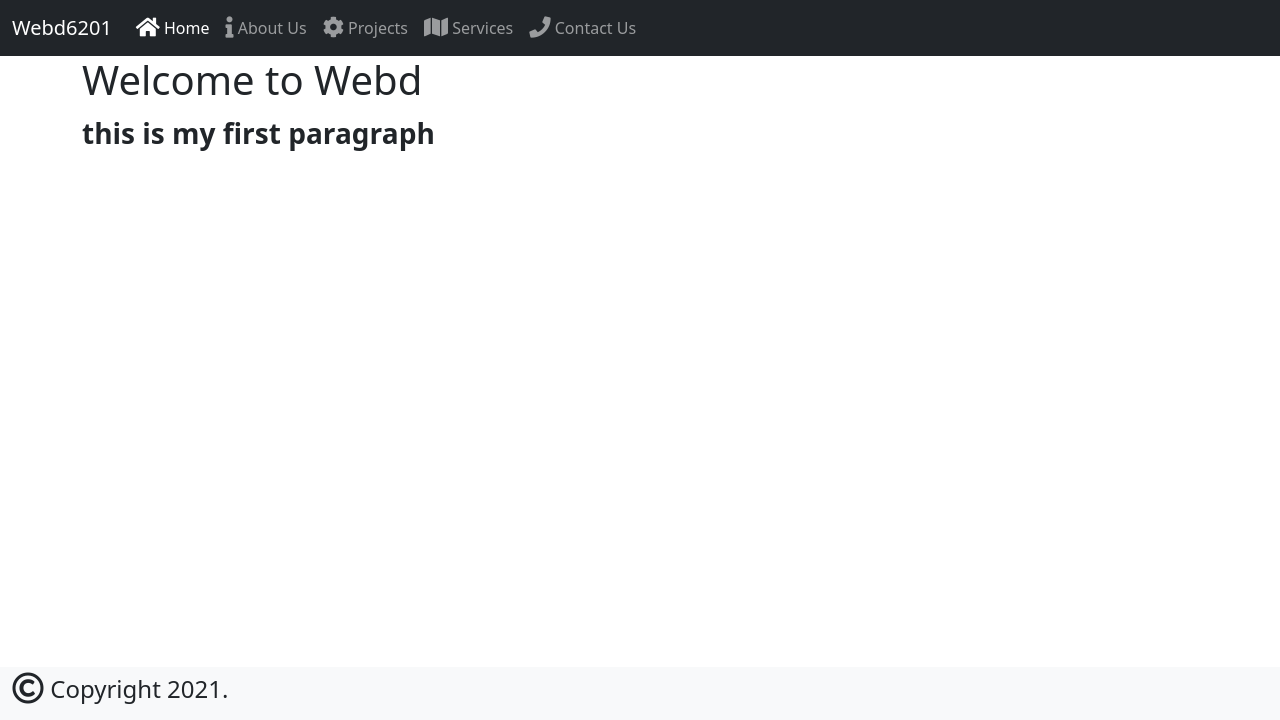
Repository: MuzhdaEhsan/WEBD6201-W2021-ICE1
Page: WEBD6201-W2021-ICE1/about.html
The author's editor kept a copy of each file at every save. The page is drawn from the files as they stood at one save, then again after the next save.
The browser window is 1280 px wide. The pictures show the whole page.

Above is the page before, as saved 2021-01-21 08:51:35.

### WEBD6201-W2021-ICE1/about.html
<!DOCTYPE html>
<html lang="en">
<head>
    <meta charset="UTF-8">
    <meta name="viewport" content="width=device-width, initial-scale=1.0">
    <title>About</title>
    <!-- CSS Section -->
    <link rel="stylesheet" href="./node_modules/bootstrap/dist/css/bootstrap.min.css">
    <link rel="stylesheet" href="./node_modules/@fortawesome/fontawesome-free/css/all.min.css">
    <link rel="stylesheet" href="./Content/app.css">
</head>
<body>
    <header>
        <nav class="navbar navbar-expand-lg navbar-dark bg-dark">
            <div class="container-fluid">
              <a class="navbar-brand" href="index.html">Webd6201</a>
              <button class="navbar-toggler" type="button" data-bs-toggle="collapse" data-bs-target="#navbarSupportedContent" aria-controls="navbarSupportedContent" aria-expanded="false" aria-label="Toggle navigation">
                <span class="navbar-toggler-icon"></span>
              </button>
              <div class="collapse navbar-collapse" id="navbarSupportedContent">
                <ul class="navbar-nav me-auto mb-2 mb-lg-0">
                  <li class="nav-item">
                    <a class="nav-link active" aria-current="page" href="index.html"><i class="fas fa-home fa-lg"></i> Home</a>
                  </li>

                  <li class="nav-item">
                    <a class="nav-link" aria-current="page" href="about.html"><i class="fas fa-info fa-lg"></i> About Us</a>
                  </li>

                  <li class="nav-item">
                    <a class="nav-link" aria-current="page" href="projects.html"><i class="fas fa-cog fa-lg"></i> Projects</a>
                  </li>

                  <li class="nav-item">
                    <a class="nav-link" aria-current="page" href="services.html"><i class="fas fa-map fa-lg"></i> Services</a>
                  </li>

                  <li class="nav-item">
                    <a class="nav-link" aria-current="page" href="contactus.html"><i class="fas fa-phone fa-lg"></i> Contact Us</a>
                  </li>
                </ul>
              </div>
            </div>
          </nav>
    </header>

    <!--main contents-->
    <main class="container">
        <h1>About Us</h1>
        <p id="paragraphOne"></p>
    </main>

    <!--main footer-->
    <footer>
        <nav class="navbar fixed-bottom navbar-light bg-light">
            <div class="container-fluid">
              <h4><i class="far fa-copyright fa-lg"></i> Copyright 2021.</h4>
            </div>
          </nav>
    </footer>

    <!-- Script Section-->
    <script src="./node_modules/jquery/dist/jquery.min.js"></script>
    <script src="./node_modules/bootstrap/dist/js/bootstrap.bundle.min.js"></script>
    <script src="./Scripts/app.js"></script>
</body>
</html>

### WEBD6201-W2021-ICE1/Scripts/app.js
/* custom JavaScript goes here */

//IIFE - Immediately Invoked Function Expression
//AKA - Anonymous Self-Executing Function
//Closure - limits scope leak

"use strict";

(function()
{

    function Start()
    {
        console.log("App Started...");

        let paragraphOneText = "This is a simple site to demonstrate DOM Manipulation for ICE 1";

        let paragraphOneElement = document.getElementById("paragraphOne");

        paragraphOneElement.textContent = paragraphOneText;
        paragraphOneElement.className = "fs-5";

        // Step 1. document.createElement
        let newParagraph = document.createElement("p");
        // Step 2. configure the element
        newParagraph.setAttribute("id","paragraphTwo");
        newParagraph.textContent = "...And this is paragraph two";
        // Step 3. select the parent element
        let mainContent = document.getElementsByTagName("main")[0];
        // Step 4. Add / Insert the element
        mainContent.appendChild(newParagraph);

        newParagraph.className = "fs-6";

        // another way of injecting content
        //let paragraphThree =`<p class="fs-7 fw-bold">And this is the Third Paragraph</p>`
        //mainContent.innerHTML = paragraphThree;


        /*let paragraph = document.createElement('div');
        let paragraphThree = '<p id="paragraphThree" class="fs-7 fw-" ';
        let paragraphDiv.innerHTML = paragraphThree;

        newParagraph.before(paragraphDiv)

        //paragraphOneElement.remove();

        mainContent.removeChild(paragraphOneElement);*/


        //update
        mainContent.firstElementChild.textContent = "Welcome Home";

        mainContent.innerHTML =
        `<h1 id="firstHeading">Welcome to Webd</h1>
        <p id = "paragraphOne" class="fs-3 fw-bold">this is my first paragraph</p>
        `;
    }

    window.addEventListener("load", Start);

})();

Loaded but not shown: WEBD6201-W2021-ICE1/node_modules/bootstrap/dist/css/bootstrap.min.css (library); WEBD6201-W2021-ICE1/node_modules/@fortawesome/fontawesome-free/css/all.min.css (library); WEBD6201-W2021-ICE1/Content/app.css (common file); WEBD6201-W2021-ICE1/node_modules/jquery/dist/jquery.min.js (library); WEBD6201-W2021-ICE1/node_modules/bootstrap/dist/js/bootstrap.bundle.min.js (library)

After the next save:
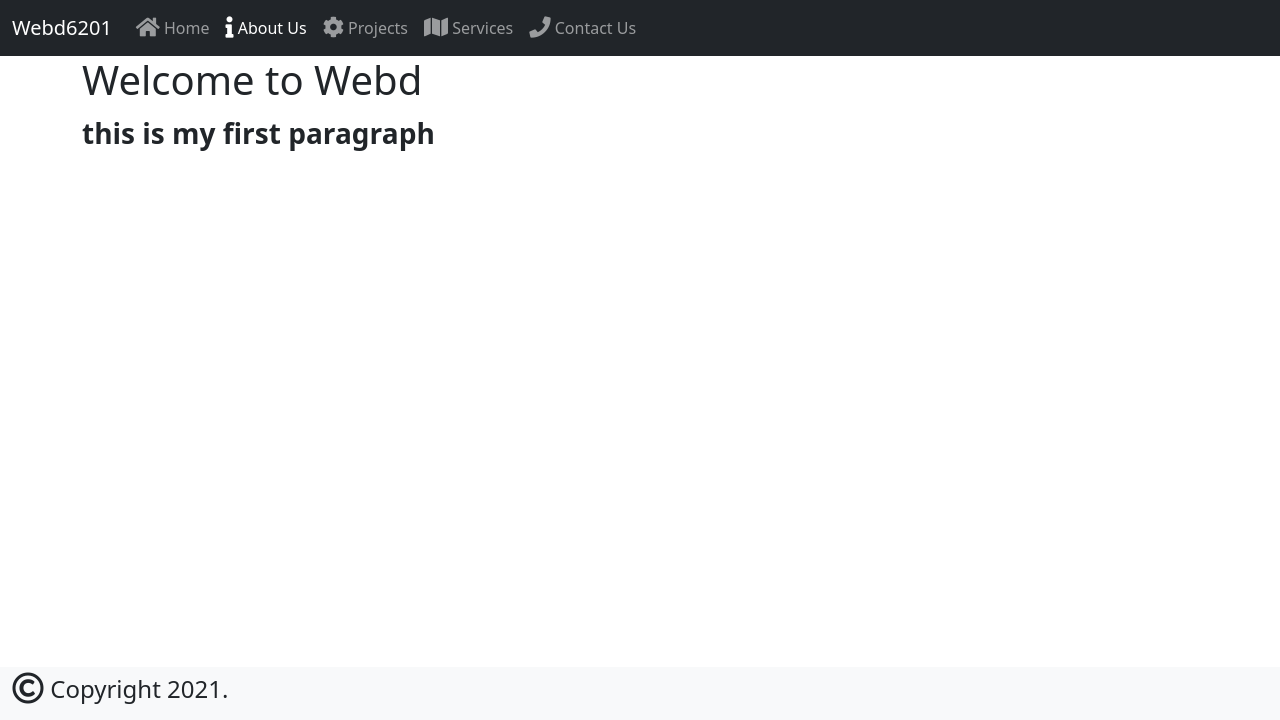
Saved 3 min 18 s later.
--- a/WEBD6201-W2021-ICE1/about.html
+++ b/WEBD6201-W2021-ICE1/about.html
@@ -20,11 +20,11 @@
               <div class="collapse navbar-collapse" id="navbarSupportedContent">
                 <ul class="navbar-nav me-auto mb-2 mb-lg-0">
                   <li class="nav-item">
-                    <a class="nav-link active" aria-current="page" href="index.html"><i class="fas fa-home fa-lg"></i> Home</a>
+                    <a class="nav-link" aria-current="page" href="index.html"><i class="fas fa-home fa-lg"></i> Home</a>
                   </li>
 
                   <li class="nav-item">
-                    <a class="nav-link" aria-current="page" href="about.html"><i class="fas fa-info fa-lg"></i> About Us</a>
+                    <a class="nav-link active" aria-current="page" href="about.html"><i class="fas fa-info fa-lg"></i> About Us</a>
                   </li>
 
                   <li class="nav-item">
